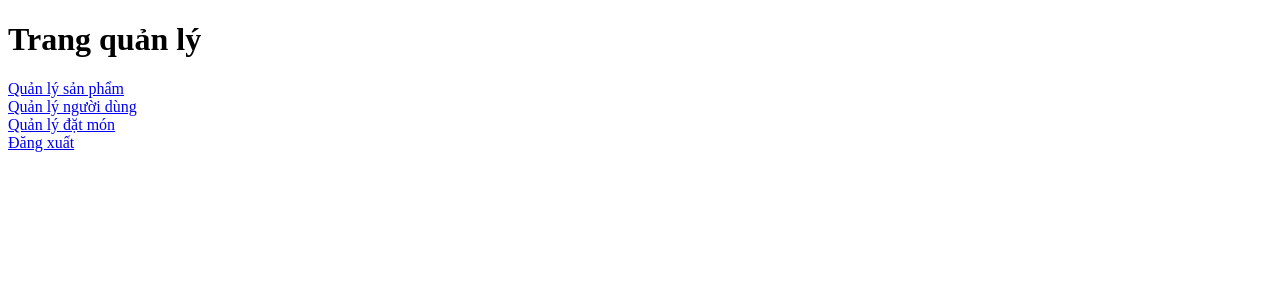
Repository: HoangChuong-Jin/QL-CuaHang-MayTinh
Page: http://localhost/MAYTINH/WEB-INF/view/admin/home.jsp
The author's editor kept a copy of each file at every save. The page is drawn from the files as they stood at one save, then again after the next save.
The browser window is 1280 px wide. The pictures show the whole page.
The page is served by Tomcat 9. Nobody is signed in. Other server files are loaded and not shown. The template is opened directly, without the code that normally fills it, so the values that code supplies are empty.

Above is the page before, as saved 2022-01-05 04:39:19.

### MAYTINH/src/main/webapp/WEB-INF/view/admin/home.jsp
<%@ page language="java" contentType="text/html; charset=UTF-8"
    pageEncoding="UTF-8"%>
<!DOCTYPE html>
<html>
<head>
<meta charset="UTF-8">
<title>Trang quản lý</title>
</head>
<body>
<h1> Trang quản lý</h1>
<a href="listSanPhamAction">Quản lý sản phẩm</a><br/>
<a href="qlnguoidung">Quản lý người dùng</a><br/>
<a href="qldatmon">Quản lý đặt món</a><br/>
<a href="logOut">Đăng xuất</a><br/>
</body>
</html>

After the next save:
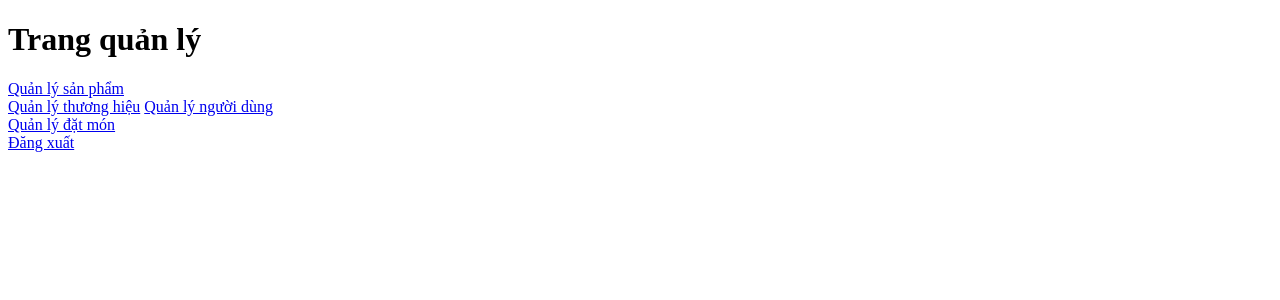
Saved 26 s later.
--- a/MAYTINH/src/main/webapp/WEB-INF/view/admin/home.jsp
+++ b/MAYTINH/src/main/webapp/WEB-INF/view/admin/home.jsp
@@ -9,6 +9,7 @@
 <body>
 <h1> Trang quản lý</h1>
 <a href="listSanPhamAction">Quản lý sản phẩm</a><br/>
+<a href="listThuongHieuAction">Quản lý thương hiệu</a>
 <a href="qlnguoidung">Quản lý người dùng</a><br/>
 <a href="qldatmon">Quản lý đặt món</a><br/>
 <a href="logOut">Đăng xuất</a><br/>
